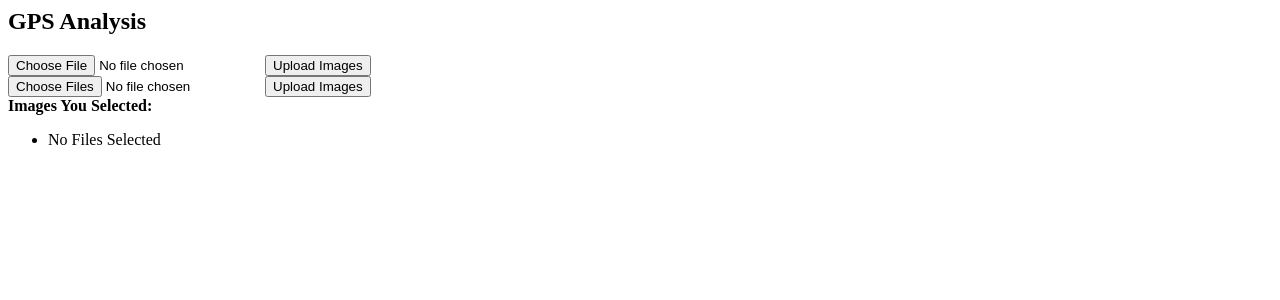
Repository: hanjangchen/Raspberry
Page: prjGAEGPSAnalysis/prjGPSAnalysis/src/static/my_ng_templates/desktop/index_data_analysis.html
An editor plug-in stored every save of this project. The page is shown before and after the next save, followed by the edit.
The browser window is 1280 px wide. The pictures show the whole page.

Above is the page before, as saved 2014-11-03 00:14:29.
Console error: ReferenceError: $ is not defined

### prjGAEGPSAnalysis/prjGPSAnalysis/src/static/my_ng_templates/desktop/index_data_analysis.html
<!-- sub-template for index page -->
<div>
	<h2>GPS Analysis</h2>
</div>

<!-- content block -->
<div class="container-fluid" ng-controller = "myIndexTwoCtrl as ctrl">
	<div class="row">
		<div class="col-xs-1 col-sm-1 col-md-1 col-lg-1 ">
		</div>
		<div class="col-xs-10 col-sm-10 col-md-10 col-lg-10 text-center">
			<!-- upload images -->
			<div class="col-xs-12 col-sm-12 col-md-12 col-lg-12 form-inline text-center">

				<div class="col-xs-2 col-sm-2 col-md-2 col-lg-2"></div>

				<input type="file" ng-model="images_data_to_upload" class="col-xs-4 col-sm-4 col-md-4 col-lg-4 form-control ">
				<input type="button" value="Upload Images" ng-click= "ctrl.upload_img_to_blobstore()" class="col-xs-4 col-sm-4 col-md-4 col-lg-4 btn btn-default " >

				<div class="col-xs-2 col-sm-2 col-md-2 col-lg-2"></div>
			</div>

			<!-- upload -->
			<div class="col-xs-12 col-sm-12 col-md-12 col-lg-12 form-group text-center">
				<input type="file" id="images_for_upload" name="images_for_upload"
					multiple="true" value="Add Images" accept="image/*"
					required="required" class="col-xs-12 col-sm-12 col-md-12 col-lg-12 btn btn-default" >

				<input type="button" id="btn_upload"
					value="Upload Images" class="col-xs-12 col-sm-12 col-md-12 col-lg-12 btn btn-default">
			</div>
			<div class="col-xs-12 col-sm-12 col-md-12 col-lg-12">
				<strong>Images You Selected:</strong>
				<ul id="files_list" class="list-control col-xs-12 col-sm-12 col-md-12 col-lg-12 text-center">
					<li class="list-group-item">No Files Selected</li>
				</ul>
			</div>
			<div class="col-xs-12 col-sm-12 col-md-12 col-lg-12 ">
				<table id="photo_table">
				</table>
			</div>
		</div>
		<div class="col-xs-1 col-sm-1 col-md-1 col-lg-1">
		</div>
	</div>
</div>

<!-- js libs -->
<script type="text/javascript" src="/js/plugin_mis/numeric-1.2.6.min.js"></script>
<script type="text/javascript" src="/js/plugin_mis/particle_swarm_optimization.js"></script>
<script type="text/javascript" src="/js/index_data_analysis.js"></script>

### prjGAEGPSAnalysis/prjGPSAnalysis/src/static/javascripts/plugin_mis/particle_swarm_optimization.js
/*
 *  Particles Swarm Optimization
 *  This is a standard PSO to find out optimal solution through out the stochastic spaces
 *  PS: Current test function is (0.007 * x_1 * (-x_2 -1)) * ( cos(x_1 + 0.3) - sin(x_2))+(1 - sin(x_1)) and the optimal value is around -1.798
 * */

var particles_swarm_optimization = {

		// configuration
		config : {
			parameters_range : [[-15, -15],[15, 15]], // ranges of particles;
														// row 1 represent low
														// boundary and row 2
														// represent up boundary
			particles_size : 60, // size of particles swarm
			iteration : 50, // iteration number
			max_min_factor : -1, // 1 means to find max; -1 means to find min
			Emax : Number.MAX_VALUE, // maximum value
			Emin : -Number.MAX_VALUE, // minimum value
			Type : 0, // 0 for real number; 1 for integer

			c1 : 2.05, // cognitive parameter (original value; would be
						// replaced by linear change)
			c2 : 4.1 - 2.05, // c2 = 4.1 - c1 // social parameter (original
								// value; would be replaced by linear change)
			constriction_factor : 0.729, // constrain factor

			diff_of_ranges : [], // ranges of each parameter (from low
									// boundary to up boundary)
			up_boundaries : [], //
			low_boundaries : [], // low boundary

			particles_values : [], // values set of particles
			particles_initial_values : [], // initial values set of particles

			particles_velocity : [], // velocity set of particles
			particles_initial_velocity : [], // can be zero or certain
												// reasonable values based on
												// each particle range

			performance_index_set : [], // performance index set
			performance_initial_index_set : [], // initial performance index set

			learning_rate : 0, // learning rate
			learning_rate_self_param_min : 0.4, // minimum learning rate of
												// particle itself
			learning_rate_self_param_max : 0.9, // maximum learning rate of
												// particle itself
			learning_rate_cognitive_min : 1.9, // minimum learning rate of
												// cognitive parameter
			learning_rate_cognitive_max : 2.1, // maximum learning rate of
												// cognitive parameter
			learning_rate_cognitive : 0,
			learning_rate_social : 0,
			learning_rate_self : 0,

			min_cost : 0, // minimum cost
			min_cost_set : [],
			mean_cost : 0, // mean value
			mean_cost_set : [],
			RMS_cost : 0, // root-mean-square cost
			RMS_cost_set : [],

			local_optimal : 0, // local optimal
			index_local_optimal : 0, // index of global optimal in particles
										// set
			global_optimal : 0, // global optimal
			index_global_optimal : 0, // index of global optimal
			local_optimal_value_set : [],
			local_optimal_particles_set : [],
			global_optimal_value_set : [],
			global_optimal_particles_set : [],

		},

		// initialization function
		init_pso : function(){
			/* new */
			this.config.low_boundaries = this.config.parameters_range[0];
			this.config.up_boundaries = this.config.parameters_range[1];
			this.config.diff_of_ranges = numeric.sub(this.config.up_boundaries, this.config.low_boundaries);

			// init particles' values
			this.config.particles_values = numeric.random([this.config.particles_size, this.config.parameters_range[0].length]);
			this.config.particles_values = numeric.dotMMbig(this.config.particles_values, [[this.config.diff_of_ranges[0], 0], [0, this.config.diff_of_ranges[1]]]);
			var temp_low_boundaries_matrix = numeric.rep([this.config.particles_size], this.config.low_boundaries);
			this.config.particles_values = numeric.add(this.config.particles_values, temp_low_boundaries_matrix);

			// init particles velocity
			this.config.particles_velocity = numeric.rep([this.config.particles_size], [0, 0]);

			// evaluate init particles set
			for(var ith = 0; ith < this.config.particles_size; ith++){
				temp_particle_values = this.config.particles_values[ith];

				var performance_index = (0.007 * temp_particle_values[0] * (-temp_particle_values[1]-1)) * (Math.cos(temp_particle_values[0]+0.3) - Math.sin(temp_particle_values[1]))+(1-Math.sin(temp_particle_values[0]));
				if (performance_index > this.config.Emax){
					performance_index = this.config.Emax;
				}
				if (performance_index < this.config.Emin){
					performance_index = this.config.Emin;
				}
				this.config.performance_initial_index_set.push(performance_index);
			}

			// update optimal
			var temp_cost = numeric.mul(- this.config.max_min_factor, this.config.performance_initial_index_set);
			this.config.min_cost = Math.min.apply(Math, temp_cost);
			this.config.min_cost_set = numeric.rep([this.config.particles_size], this.config.min_cost);
			this.config.global_optimal = this.config.min_cost;
			var temp_min_index = temp_cost.indexOf(this.config.min_cost);
			var temp_optimal_particle = this.config.particles_values[temp_min_index];

			this.config.local_optimal_particles_set = numeric.rep([this.config.particles_size], temp_optimal_particle);
			this.config.global_optimal_particles_set = this.config.local_optimal_particles_set;
			this.config.local_optimal_value_set = numeric.rep([this.config.particles_size], this.config.min_cost);

			this.config.mean_cost = numeric.sum(temp_cost) / this.config.particles_size;

		},

		// go through iteration
		go_iteration : function(){
			for(var ith = 0; ith < this.config.iteration; ith++ ){
				this.config.learning_rate_self = this.config.learning_rate_self_param_max - (this.config.learning_rate_self_param_max - this.config.learning_rate_self_param_min) * (ith + 1) / this.config.iteration;

				this.config.learning_rate_cognitive = this.config.learning_rate_cognitive_max - (this.config.learning_rate_cognitive_max - this.config.learning_rate_cognitive_min) * (ith + 1) / this.config.iteration; //
				this.config.learning_rate_social = 4.1 - this.config.learning_rate_cognitive;

				var random_factor_cognitive = numeric.random([this.config.particles_size, this.config.parameters_range[0].length]);
				var random_factor_social = numeric.random([this.config.particles_size, this.config.parameters_range[0].length]);

				var temp_updated_velocity = [];
				var updated_self_learning_rate = numeric.mul(this.config.learning_rate_self, this.config.particles_velocity);

				var updated_cognitive_learning_rate = numeric.sub(this.config.local_optimal_particles_set, this.config.particles_values );
				updated_cognitive_learning_rate = numeric.mul(this.config.learning_rate_cognitive, random_factor_cognitive, updated_cognitive_learning_rate);

				var updated_social_learning_rate = numeric.sub(this.config.global_optimal_particles_set, this.config.particles_values);
				updated_social_learning_rate = numeric.mul(this.config.learning_rate_social, random_factor_social, updated_social_learning_rate);

				temp_updated_velocity = numeric.add(updated_self_learning_rate, updated_cognitive_learning_rate, updated_social_learning_rate);

				// update velocity
				this.config.particles_velocity = numeric.mul(this.config.constriction_factor, temp_updated_velocity);


				// update particles' values
				this.config.particles_values = numeric.add(this.config.particles_values, this.config.particles_velocity);


				// find out values outside boundaries
				var low_boundaries_set = numeric.rep([this.config.particles_size], this.config.low_boundaries);
				var up_boundaries_set = numeric.rep([this.config.particles_size], this.config.up_boundaries);

				var outside_min_boundary = numeric.leq(this.config.particles_values, low_boundaries_set);
				var not_outside_min_boundary = numeric.not(outside_min_boundary);
				var min_replaced_values = numeric.mul(outside_min_boundary, low_boundaries_set);
				var min_original_values = numeric.mul(not_outside_min_boundary, this.config.particles_values);

				this.config.particles_values = numeric.add(min_replaced_values, min_original_values);

				var outside_max_boundary = numeric.geq(this.config.particles_values, up_boundaries_set);
				var not_outside_max_boundary = numeric.not(outside_max_boundary);
				var max_replaced_values = numeric.mul(outside_max_boundary, up_boundaries_set);
				var max_original_values = numeric.mul(not_outside_max_boundary, this.config.particles_values);

				this.config.particles_values = numeric.add(max_replaced_values, max_original_values);

				// evaluate performance
				var temp_particle_values = 0;
				this.config.performance_index_set = [];
				for(var jth = 0; jth < this.config.particles_size; jth++){
					temp_particle_values = this.config.particles_values[jth];

					var performance_index = (0.007 * temp_particle_values[0] * (-temp_particle_values[1] - 1)) * (Math.cos(temp_particle_values[0] + 0.3) - Math.sin(temp_particle_values[1])) + (1 - Math.sin(temp_particle_values[0]));
					if (performance_index > this.config.Emax){
						performance_index = this.config.Emax;
					}
					if (performance_index < this.config.Emin){
						performance_index = this.config.Emin;
					}
					this.config.performance_index_set.push(performance_index);
				}

				//
				var temp_cost_set = numeric.mul(- this.config.max_min_factor, this.config.performance_index_set);


				var temp_better_cost_set = numeric.lt(temp_cost_set, this.config.local_optimal_value_set);
				var not_temp_better_cost_set = numeric.not(temp_better_cost_set);
				var replaced_cost_set = numeric.mul(temp_better_cost_set, temp_cost_set);
				var original_cost_set = numeric.mul(not_temp_better_cost_set, this.config.local_optimal_value_set);
				this.config.local_optimal_value_set = numeric.add(replaced_cost_set, original_cost_set);

				var better_cost_set = numeric.transpose([temp_better_cost_set, temp_better_cost_set]);
				better_cost_set = numeric.mul(better_cost_set, this.config.particles_values);
				var not_better_cost_set = numeric.transpose([not_temp_better_cost_set, not_temp_better_cost_set]);
				not_better_cost_set = numeric.mul(not_better_cost_set, this.config.local_optimal_particles_set);
				this.config.local_optimal_particles_set = numeric.add(better_cost_set, not_better_cost_set);


				var temp_optimal = Math.min.apply(Math, this.config.local_optimal_value_set);
				var temp_optimal_index = this.config.local_optimal_value_set.indexOf(temp_optimal);
				var pre_global_optimal = this.config.global_optimal;
				if (temp_optimal < this.config.global_optimal){
					this.config.global_optimal = temp_optimal;
					this.config.global_optimal_particles_set = numeric.rep([this.config.particles_size], this.config.particles_values[temp_optimal_index]);

					if (Math.abs(temp_optimal - pre_global_optimal) < numeric.epsilon){
						break;
					}
				}
			}
		},

		// start optimization
		start_optimization : function(){
			this.init_pso();
			this.go_iteration();
			console.log(JSON.stringify(this.config.global_optimal,2,2));
		}
}

// test
particles_swarm_optimization.start_optimization();

### prjGAEGPSAnalysis/prjGPSAnalysis/src/static/javascripts/index_data_analysis.js
(function() {
	/* JQuery */
	var ary_img_description = {};
	var has_images_to_upload = false;

	var input = document.getElementById("images_for_upload");
	var valid_files_ul = $("#valid_files_list");
	var invalid_files_ul = $("#invalid_files_list");

	$('#images_for_upload')
			.change(
					function() {
						//
						var toolarge = "";
						var maxsize = 1024000;

						//
						if (valid_files_ul.children().length > 0) {
							valid_files_ul.empty();
						}
						if (invalid_files_ul.children().length > 0) {
							invalid_files_ul.empty();
						}

						//
						for ( var i = 0; i < input.files.length; i++) {
							if (input.files[i].size > maxsize) {
								toolarge += input.files[i].name + "\n";
								invalid_files_ul.append("<li class='list-group-item'>" + input.files[i].name + "</li>");

							} else {
								valid_files_ul.append("<li class='list-group-item'>" + input.files[i].name + "</li>");
								ary_img_description[i] = {"label" : "", "content" : "" };

								// update the flag
								has_images_to_upload = true;
							}
						}

						//
						if (valid_files_ul.children().length <= 0) {
							valid_files_ul.append("<li class='list-group-item'>No Files Selected</li>");
						}
						if (invalid_files_ul.children().length <= 0) {
							invalid_files_ul.append("<li class='list-group-item'>No Invalid Files</li>");
						}

						//
						if (toolarge !== "") {
							alert("These images were not uploaded due to size limit of 1MB\n"
									+ toolarge);
						}
					});

	$('#btn_upload').click(function() {
		var input = document.getElementById("images_for_upload");
		var maxsize = 1024000;
		var requests = [];
		var upload_block = $('#processing_cover');

		if (input.files.length <= 0 && has_images_to_upload) {
			alert('No data for upload');
		} else {
			// popup cover
			upload_block.css({
				'display' : 'block'
			});
			for ( var i = 0; i < input.files.length; i++) {
				if (input.files[i].size < maxsize) {
					var filedata = new FormData();
					filedata.append("image_for_upload", input.files[i]);

					//
					requests.push($.ajax({
									url : upload_url,
									data : filedata,
									cache : false,
									contentType : false,
									processData : false,
									type : 'POST',
									success : handle_successful_ajax,
									error : handle_failed_ajax
					}));

					// handle requests response
					$.when.apply(undefined, requests).done(function(results){
							console.log(JSON.stringify(results,2,2));
							// popup cover
							upload_block.css({
								'display' : 'none'
							});

							// update the flag
							has_images_to_upload = false;

							// update list
							valid_files_ul.empty();
							invalid_files_ul.empty();
						});
				}
			}
		}
	});

	function handle_successful_ajax(response){
		var data = JSON.parse(response);
		imagelinks = data['img_urls'];
		img_title = data['img_title'];
		img_description = data['img_description'];
		console.log(imagelinks);
		for ( var i = 0; i < imagelinks.length; i++) {
			$('#photo_table')
					.append(
							'<tr><td><img class="img-responsive" style="width: 400px;" src=' + imagelinks[i] + '> </td>' + '<td><h4>Image Title</h4><p style="font-size: 13px;">'+ img_title +'</p>' + '<h4>Image Description</h4><p style="font-size: 13px;">' + img_description + '</p>' +  '</td></tr>');
		}
	}

	function handle_failed_ajax(response){
		console.log(JSON.stringify(response,2,2));
	}
})();

Loaded but not shown: prjGAEGPSAnalysis/prjGPSAnalysis/src/static/javascripts/plugin_mis/numeric-1.2.6.min.js (library)

After the next save:
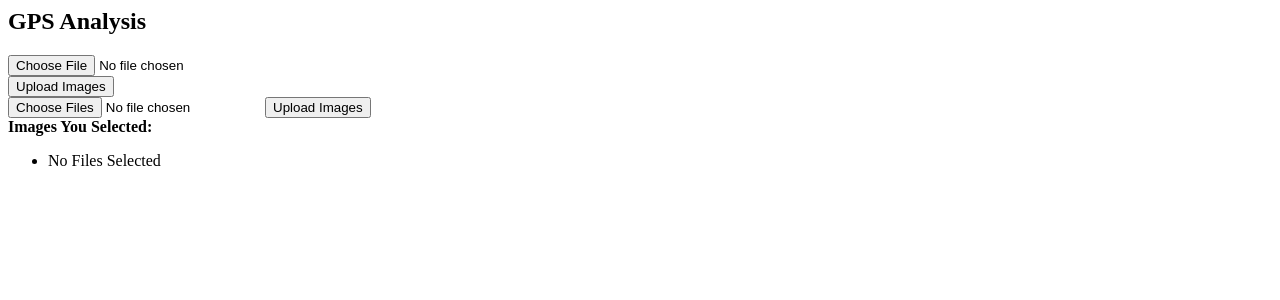
Saved 77 s later.
--- a/prjGAEGPSAnalysis/prjGPSAnalysis/src/static/my_ng_templates/desktop/index_data_analysis.html
+++ b/prjGAEGPSAnalysis/prjGPSAnalysis/src/static/my_ng_templates/desktop/index_data_analysis.html
@@ -15,6 +15,9 @@
 				<div class="col-xs-2 col-sm-2 col-md-2 col-lg-2"></div>
 
 				<input type="file" ng-model="images_data_to_upload" class="col-xs-4 col-sm-4 col-md-4 col-lg-4 form-control ">
+				<div class="col-xs-4 col-sm-4 col-md-4 col-lg-4 ">
+
+				</div>
 				<input type="button" value="Upload Images" ng-click= "ctrl.upload_img_to_blobstore()" class="col-xs-4 col-sm-4 col-md-4 col-lg-4 btn btn-default " >
 
 				<div class="col-xs-2 col-sm-2 col-md-2 col-lg-2"></div>

After the 2 saves that followed:
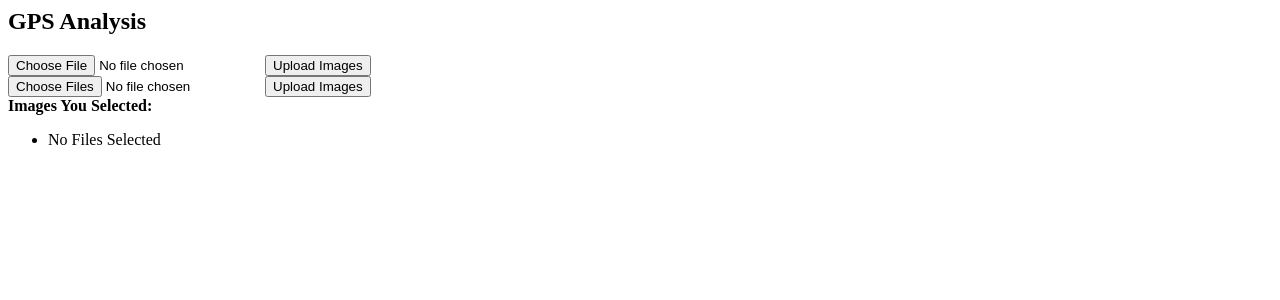
The 2 saves are shown as one change because 1 left the picture as it was.
The last was saved 60 s later.
--- a/prjGAEGPSAnalysis/prjGPSAnalysis/src/static/my_ng_templates/desktop/index_data_analysis.html
+++ b/prjGAEGPSAnalysis/prjGPSAnalysis/src/static/my_ng_templates/desktop/index_data_analysis.html
@@ -15,9 +15,6 @@
 				<div class="col-xs-2 col-sm-2 col-md-2 col-lg-2"></div>
 
 				<input type="file" ng-model="images_data_to_upload" class="col-xs-4 col-sm-4 col-md-4 col-lg-4 form-control ">
-				<div class="col-xs-4 col-sm-4 col-md-4 col-lg-4 ">
-
-				</div>
 				<input type="button" value="Upload Images" ng-click= "ctrl.upload_img_to_blobstore()" class="col-xs-4 col-sm-4 col-md-4 col-lg-4 btn btn-default " >
 
 				<div class="col-xs-2 col-sm-2 col-md-2 col-lg-2"></div>
